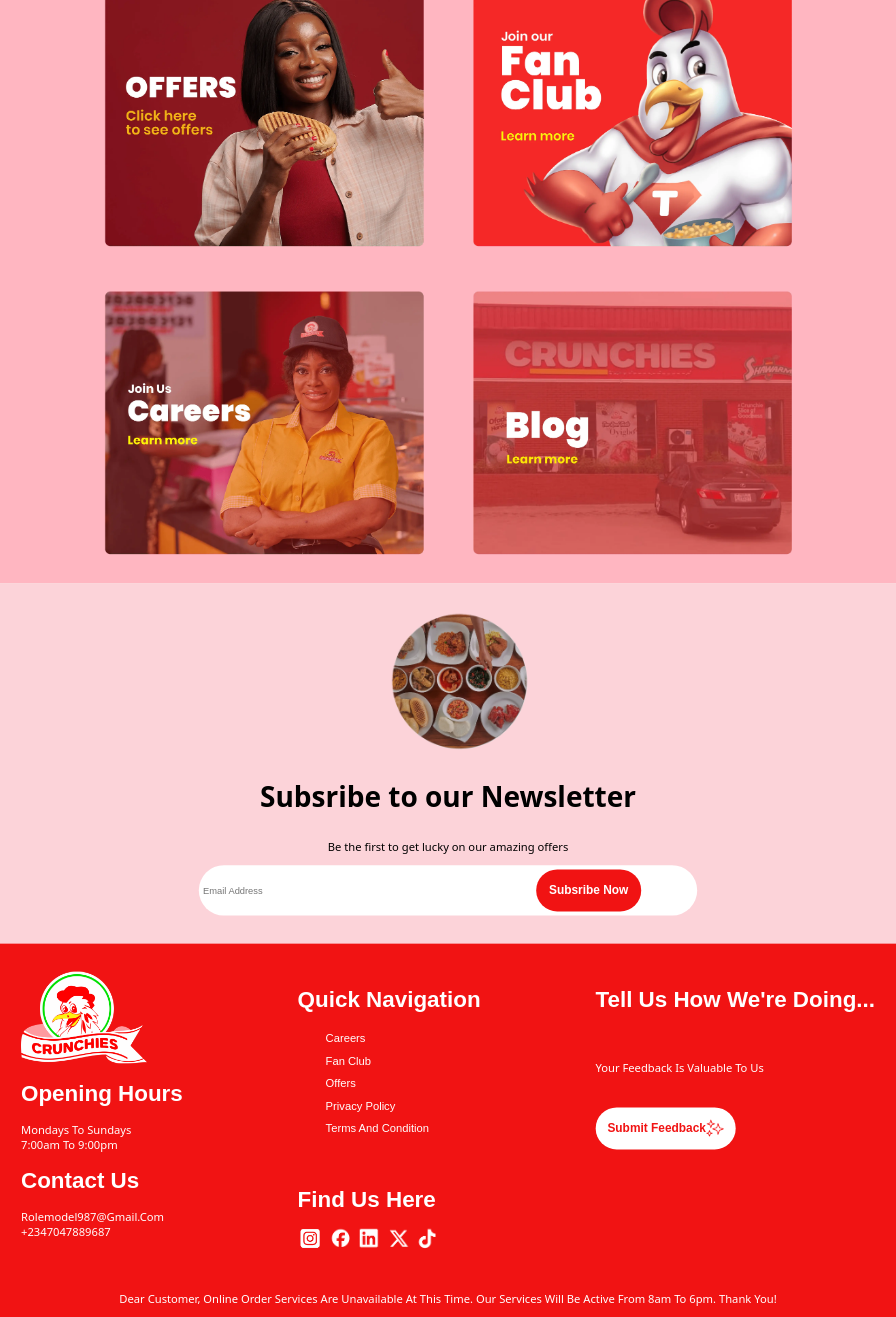
Repository: trenzyfx1/crunches-online-
Page: index.html
These files come from the project's save history. The page is drawn as it stood at one moment and after a run of saves; the edit follows.
The browser window is 1280 px wide. The pictures show the part of the page from y = 2950 to 4870 px (the page is 4832 px tall before and 4870 px after), at 70% of full size.

Above is the page before, as saved 2025-06-20 17:14:43.

After the next 2 saves:
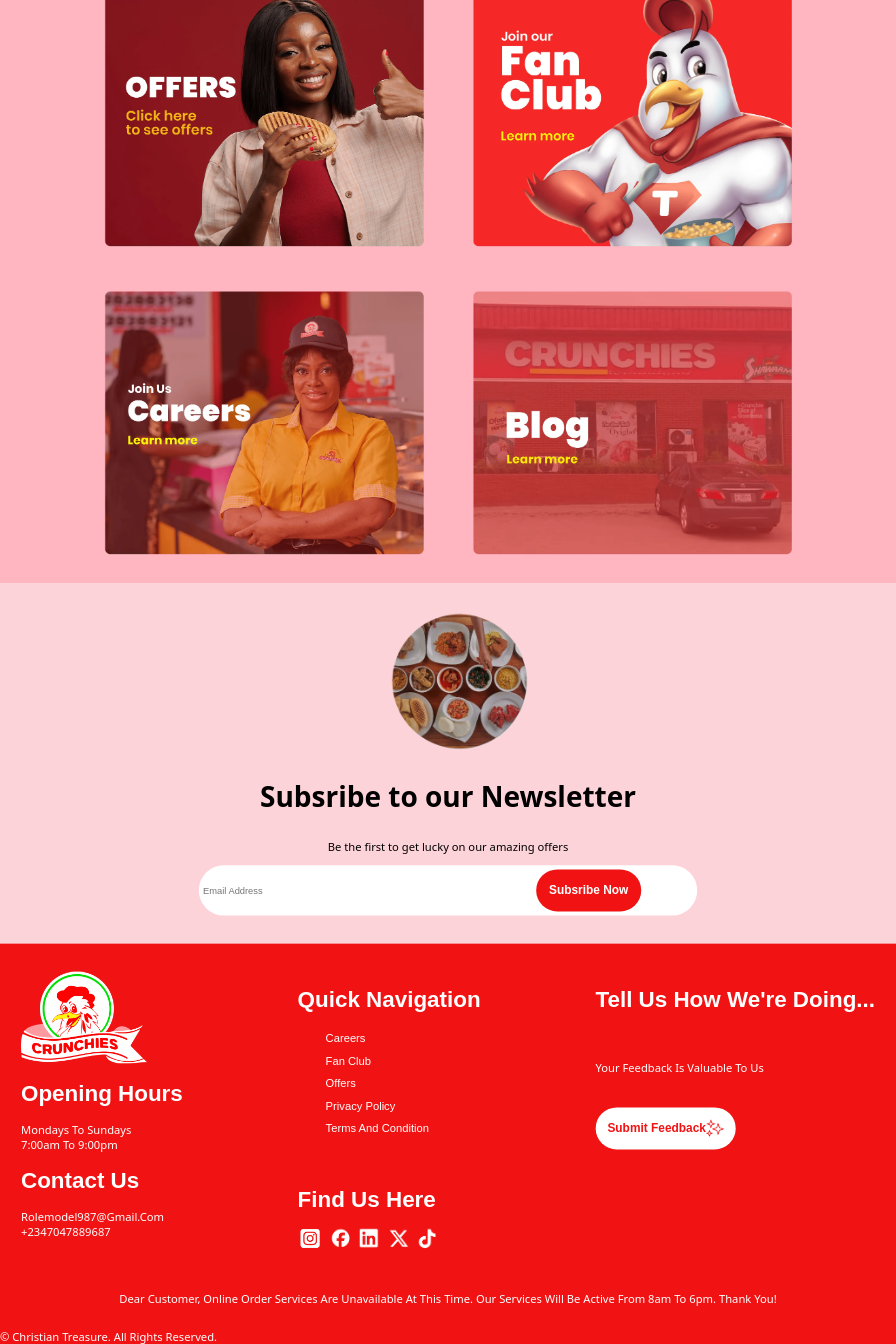
The 2 saves are shown as one change because they came seconds apart.
The last was saved 15 s later.
--- a/index.html
+++ b/index.html
@@ -289,6 +289,9 @@
             </p>
         </div>
 
+        <div class="footer-bottom">
+            <p>&copy; <span id="year"></span> Christian Treasure. All Rights Reserved.</p>
+        </div>
     </footer>
 
     <script src="./mobile.js"></script>
